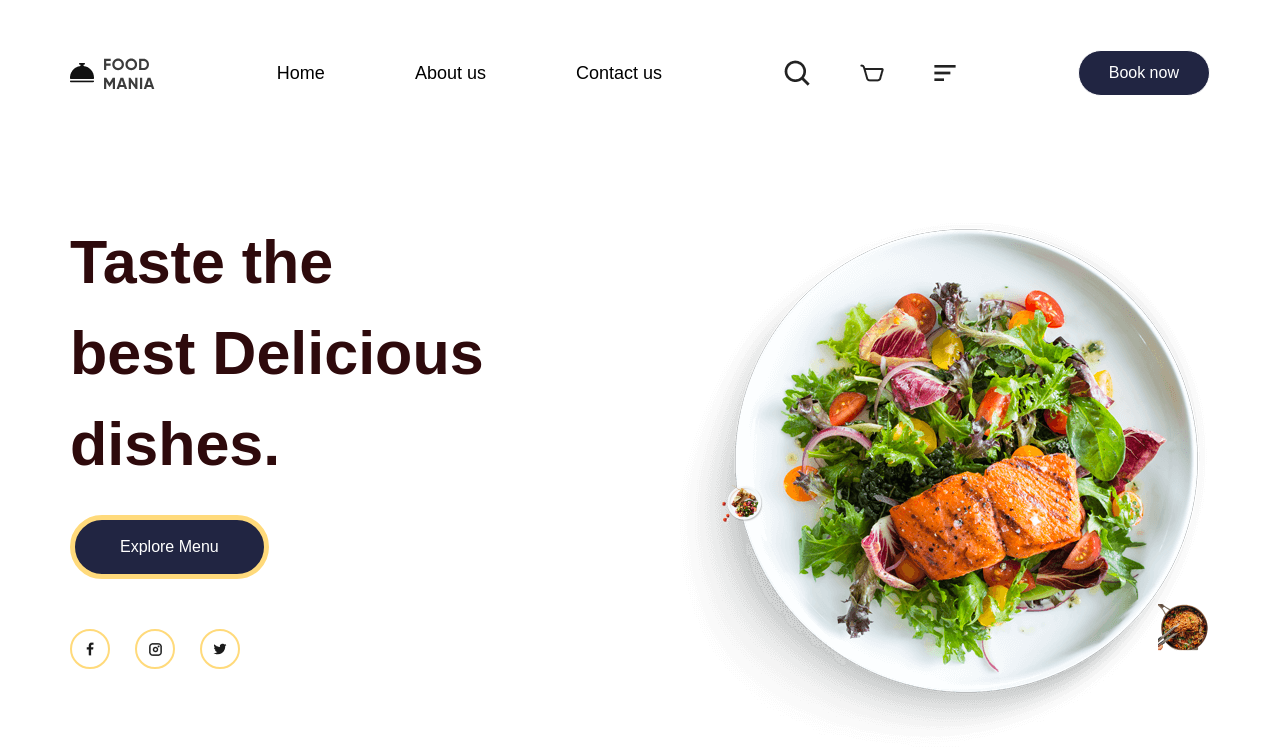
Repository: hoang0508/Figmafood
Page: index.html
These files come from the project's save history. The page is drawn as it stood at one moment and after the next save; the edit follows.
The browser window is 1280 px wide. The pictures show the whole page.
The style sheet was rebuilt from its Sass, Less or Tailwind sources for each picture, by a compiler version that may differ from the author's.

Above is the page before, as saved 2021-11-08 09:56:28.

After the next save:
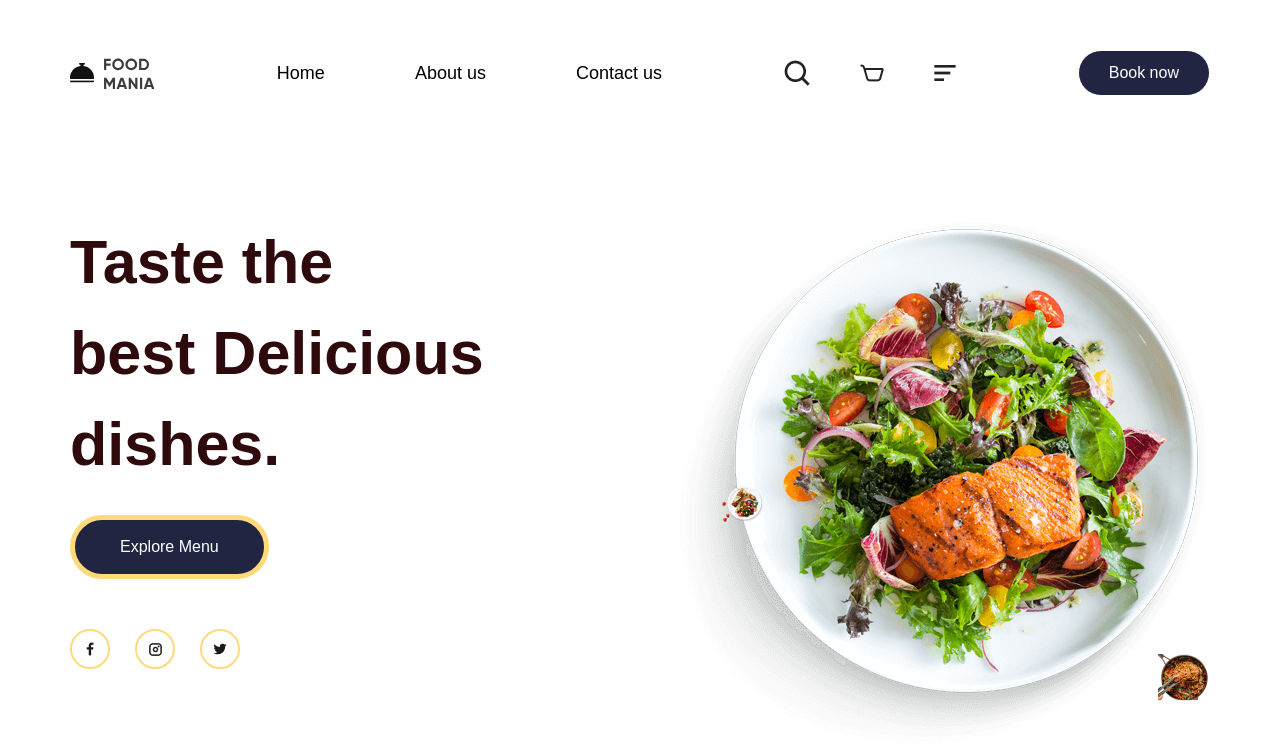
Saved 7 s later.
--- a/sass/_hero.scss
+++ b/sass/_hero.scss
@@ -44,7 +44,7 @@
   }
   &-image--small-bottom {
     position: absolute;
-    bottom: 100px;
+    bottom: 50px;
     right: 0;
   }
 }
